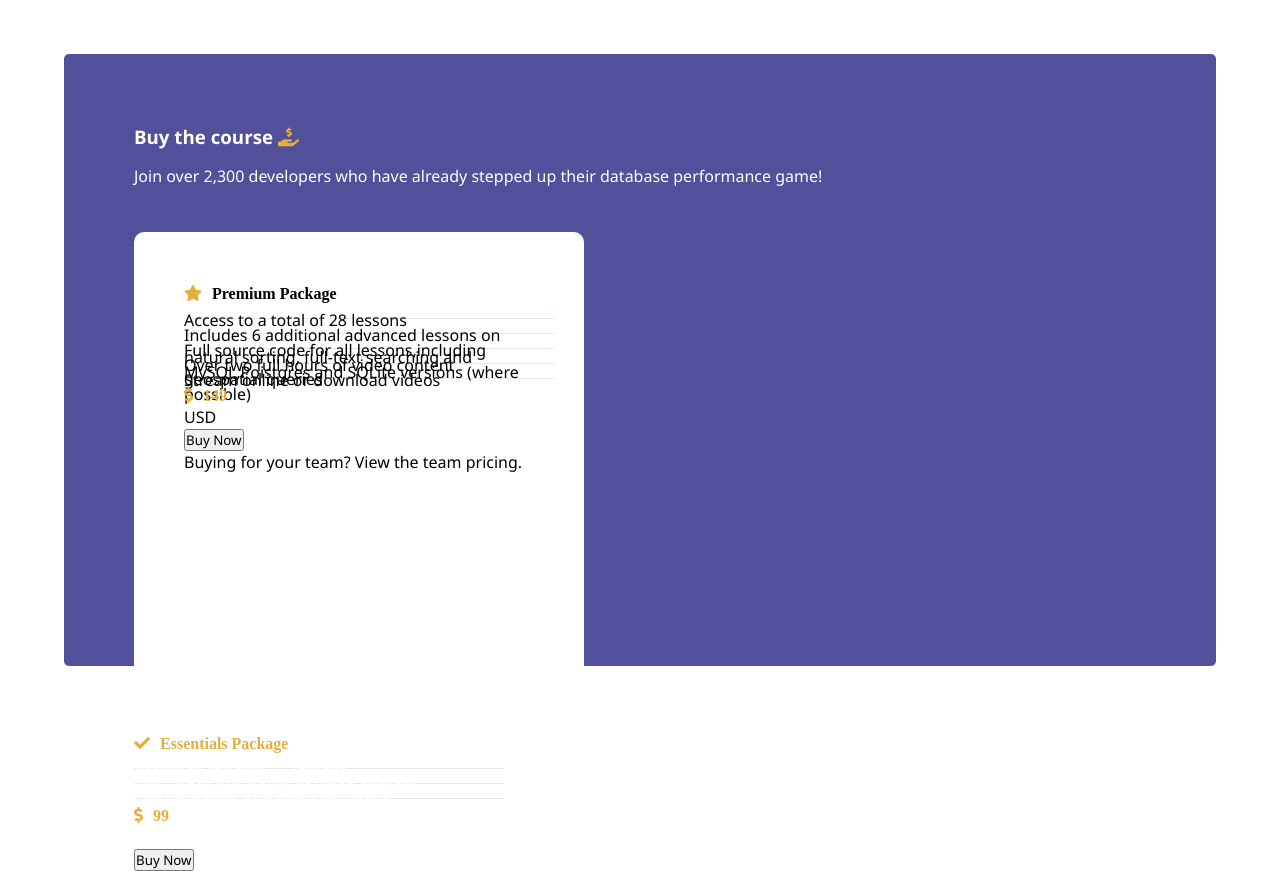
Repository: Z-ayat/Challenges
Page: Challenge 4/index.html
These files come from the project's save history. The page is drawn as it stood at one moment and after a run of saves; the edit follows.
The browser window is 1280 px wide. The pictures show the whole page.

Above is the page before, as saved 2021-09-07 01:24:05.

After the next 3 saves:
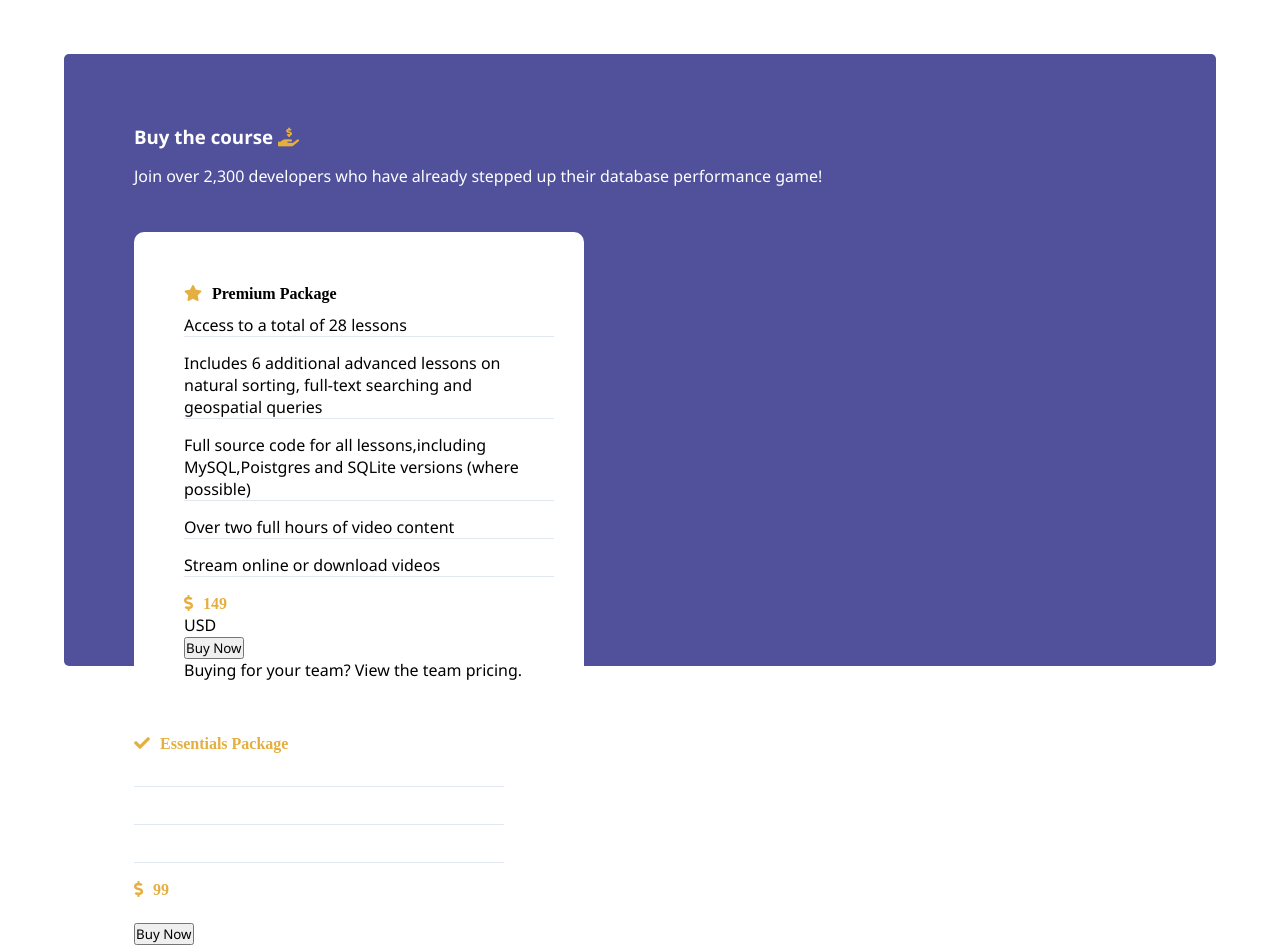
The 3 saves are shown as one change because they came seconds apart.
The last was saved 66 s later.
--- a/Challenge 4/styling/css/master.css
+++ b/Challenge 4/styling/css/master.css
@@ -80,11 +80,9 @@ body {
 }
 
 .specs {
-    height: 10px;
-    align-items: center;
     width: 35px;
-    margin-top: 5px;
-    margin-bottom: 5px;
+    margin-top: 10px;
+    margin-bottom: 15px;
     overflow-wrap: break-word;
     width: 370px;
     border-bottom: solid 1px #E2E8F0;
